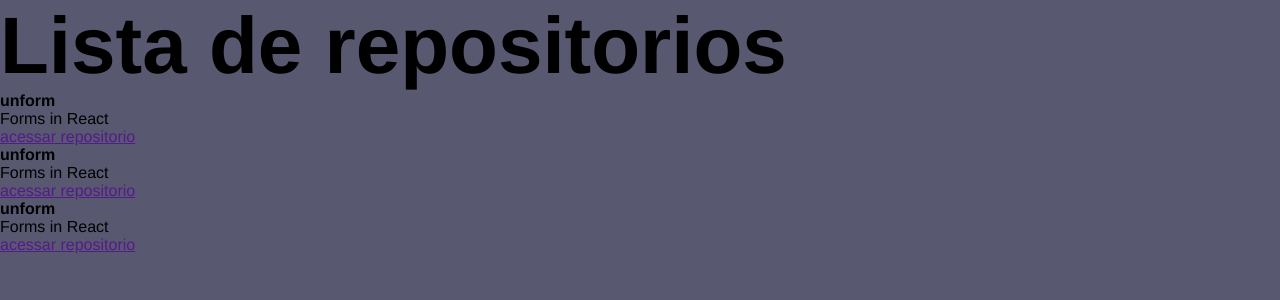
Repository: niltonmalves/01-githug-explorer
Page: /
These files come from the project's save history. The page is drawn as it stood at one moment and after the next save; the edit follows.
The browser window is 1280 px wide. The pictures show the whole page.
The project was rebuilt for these pictures with package versions that can differ from the ones it lists, and the page was loaded fresh each time. Also part of the build but not shown: webpack.config.js.

Above is the page before, as saved 2022-01-06 14:35:56.

After the next save:
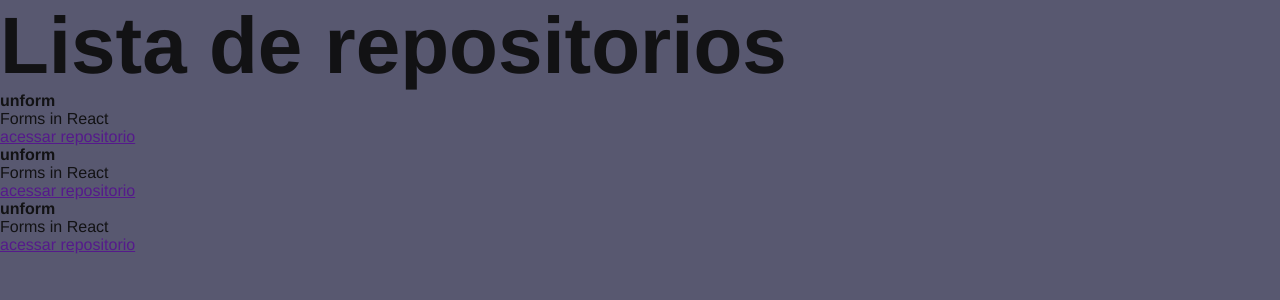
Saved 23 s later.
--- a/src/styles/global.scss
+++ b/src/styles/global.scss
@@ -6,6 +6,7 @@
 
 body {
     font: 16px "Helvetica Neue", Arial, sans-serif;
+    color: #121214;
     background-color: rgb(88, 88, 112);
     h1 {
         font-size: 80px;
